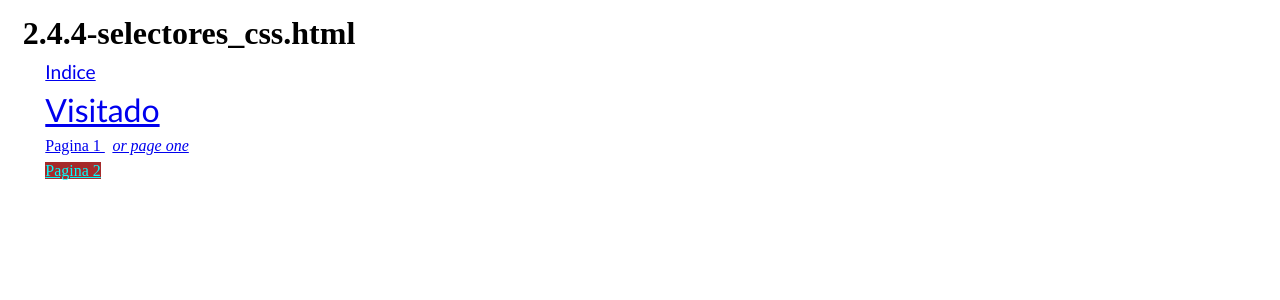
Repository: cesarsant0203/My_Study
Page: Introducción al desarrollo web/2-Css/2.4.4-selectores_css.html
The author's editor kept a copy of each file at every save. The page is drawn from the files as they stood at one save, then again after the next save.
The browser window is 1280 px wide. The pictures show the whole page.

Above is the page before, as saved 2020-04-28 15:32:06.

### Introducción al desarrollo web/2-Css/2.4.4-selectores_css.html
<!DOCTYPE html>
<html lang="es">

<head>
    <meta charset="utf-8" />
    <title> Selectores CSS </title>
    <link href="2.4.4-selectores_css.css" rel="stylesheet" />
</head>

<body>

    <h1>2.4.4-selectores_css.html</h1>
    <section id="mySection" class="box">
        <nav>
            <p>
                <a href="2.4-selectores_css.html" title="Indice">Indice</a>
            </p>
            <p>
                <a href="2.4.2-selectores_css.html" title="Visitado">Visitado</a>
            </p>
            <p>
                <a href="2.4.3-selectores_css.html" title="Pagina 1">Pagina 1
                    <span lang="en"> or page one</span></a>
            </p>
            <p>
                <a href="2.4.4-selectores_css.html" id="top-one">Pagina 2</a>
            </p>
        </nav>
    </section>
    <article>

    </article>
</body>

</html>

### Introducción al desarrollo web/2-Css/2.4.4-selectores_css.css
/*a[title]{
    font-weight: bold;
}
*/
*{
    margin: 0.2cm;
    padding: 0%;
}
a[title=Visitado]{
    font-family: 'Gill Sans', 'Gill Sans MT', Calibri, 'Trebuchet MS', sans-serif;
    font-size: xx-large;
}
a[id |=top] {
    background-color: brown;
    color: aqua;
}
a[title~=Indice]{
    font-family: 'Gill Sans', 'Gill Sans MT', Calibri, 'Trebuchet MS', sans-serif;
    font-size: larger;
}
:lang(en){
    font-style: italic;
}

After the next save:
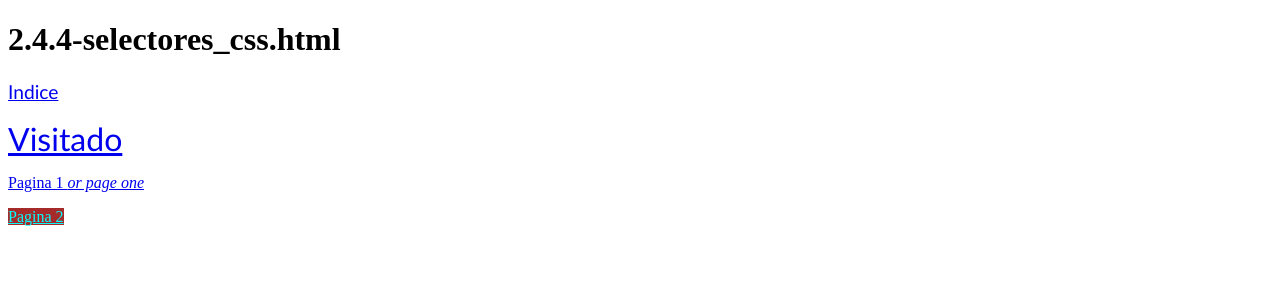
Saved 43 s later.
--- a/Introducción al desarrollo web/2-Css/2.4.4-selectores_css.css
+++ b/Introducción al desarrollo web/2-Css/2.4.4-selectores_css.css
@@ -2,10 +2,7 @@
     font-weight: bold;
 }
 */
-*{
-    margin: 0.2cm;
-    padding: 0%;
-}
+
 a[title=Visitado]{
     font-family: 'Gill Sans', 'Gill Sans MT', Calibri, 'Trebuchet MS', sans-serif;
     font-size: xx-large;
